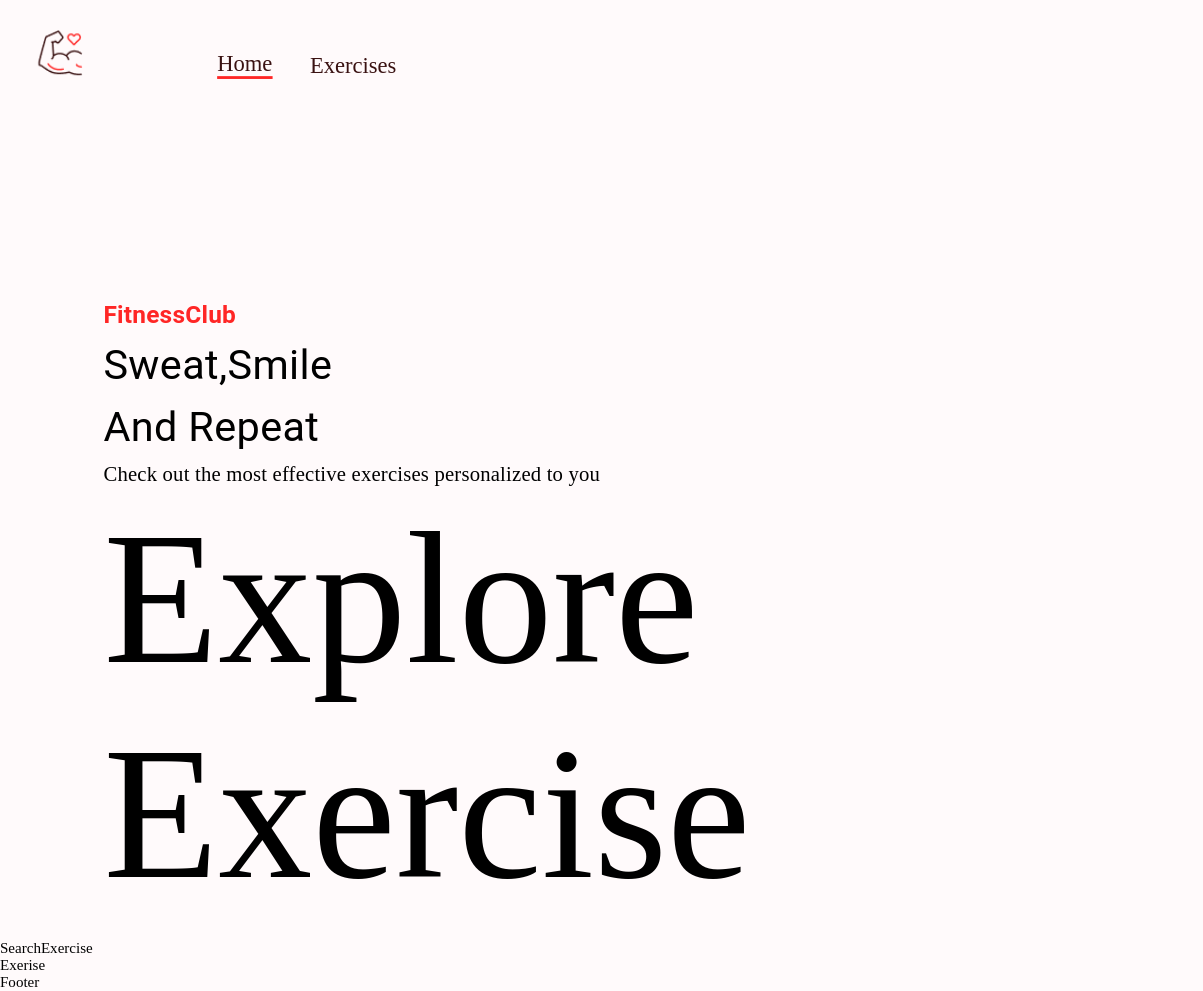
Repository: OmniaRafat232111121/Fitness
Page: /
The author's editor kept a copy of each file at every save. The page is drawn from the files as they stood at one save, then again after the next save.
The browser window is 1280 px wide. The pictures show the whole page, at 94% of full size.
The project was rebuilt for these pictures with package versions that can differ from the ones it lists, and the page was loaded fresh each time. Also part of the build but not shown: src/Pags/ExerciseDetail.js.

Above is the page before, as saved 2022-07-14 00:39:50.

### src/index.js
import React from 'react';
import ReactDOM from 'react-dom/client';
import {
  BrowserRouter,

} from 'react-router-dom';
import App from './App';


const root = ReactDOM.createRoot(document.getElementById('root'));
root.render(
  <BrowserRouter >
  <App />
  </BrowserRouter>


);

### src/App.js
import React from 'react'
import {Route,Routes} from"react-router-dom"
import {Box} from'@mui/material'
import './App.css'
import Navbar from './components/Navbar'
import Home from './Pags/Home'
import ExerciseDetail from './Pags/ExerciseDetail'
import Footer from './components/Footer'
const App = () => {
  return (
<Box width ="400px" sx={{width:{xl:'1488px'}}} m="auto">
<Navbar />
<Routes>
<Route path="/"  element={<Home/>}/>
<Route path="/exercise:id"  element={<ExerciseDetail />}/>
</Routes>
<Footer />
</Box>
  )
}

export default App

### src/components/Navbar.js
import React from 'react'
import {Link} from 'react-router-dom'
import {Stack} from '@mui/material'
import Logo from '../assets/images/Logo.png'
const Navbar = () => (

    <Stack direction="row" justifyContent="space-around" sx={{ gap: { sm: '123px', xs: '40px' }, mt: { sm: '32px', xs: '20px' }, justifyContent: 'none' }} px="20px">
    <Link to="/">
      <img src={Logo} alt="logo" style={{ width: '48px', height: '48px', margin: '0px 20px' }} />
    </Link>
    <Stack
      direction="row"
      gap="40px"
      fontFamily="Alegreya"
      fontSize="24px"
      alignItems="flex-end"
    >
      <Link to="/" style={{ textDecoration: 'none', color: '#3A1212', borderBottom: '3px solid #FF2625' }}>Home</Link>
      <a href="#exercises" style={{ textDecoration: 'none', color: '#3A1212' }}>Exercises</a>
    </Stack>
  </Stack>
  );


export default Navbar

### src/Pags/Home.js
import React from 'react'
import {Box} from '@mui/material'
import HeroBanner from '../components/HeroBanner'
import SearchExercise from '../components/SearchExercise'
import Exerise from '../components/Exerise'
const Home = () => {
  return (
  <Box>
  <HeroBanner />
   <SearchExercise />
   <Exerise />
  </Box>
  );
}

export default Home

### src/components/HeroBanner.js
import React from 'react'
import {Box,Stack,Typography} from '@mui/material'
const HeroBanner = () => {
  return (
   <Box sx={{
    mt:{lg:'212px',xs:'70px'},
    ml:{sm:'90px'}
   }} position="realtive"  p="20px">
   <Typography color="#FF2625" fontWeight="600" fontSize="26px">FitnessClub</Typography>
   <Typography fontweight={700} sx={{fontSize:{lg:'44px',xs:'40px'}}}> Sweat,Smile<br />
   And Repeat  </Typography>
 <Typography style={{fontSize:'22px' ,fontFamily:"Alegreya", lineHeight:"35px"}}>
   Check out the most effective exercises personalized to you
   </Typography>

   <Stack>
   <a style={{color:"FF2625", fontWeight:"600px",fontSize:'200px'}} sx={{opacity:'0.1',display:{lg:'block',xs:'none'}}}>Explore Exercise</a>
   </Stack>
   </Box>
  )
}

export default HeroBanner

### src/components/SearchExercise.js
import React from 'react'

const SearchExercise = () => {
  return (
    <div>SearchExercise</div>
  )
}

export default SearchExercise

### src/components/Exerise.js
import React from 'react'

const Exerise = () => {
  return (
    <div>Exerise</div>
  )
}

export default Exerise

Loaded but not shown: public/index.html (common file); src/App.css (common file); src/components/Footer.js (common file)

After the next save:
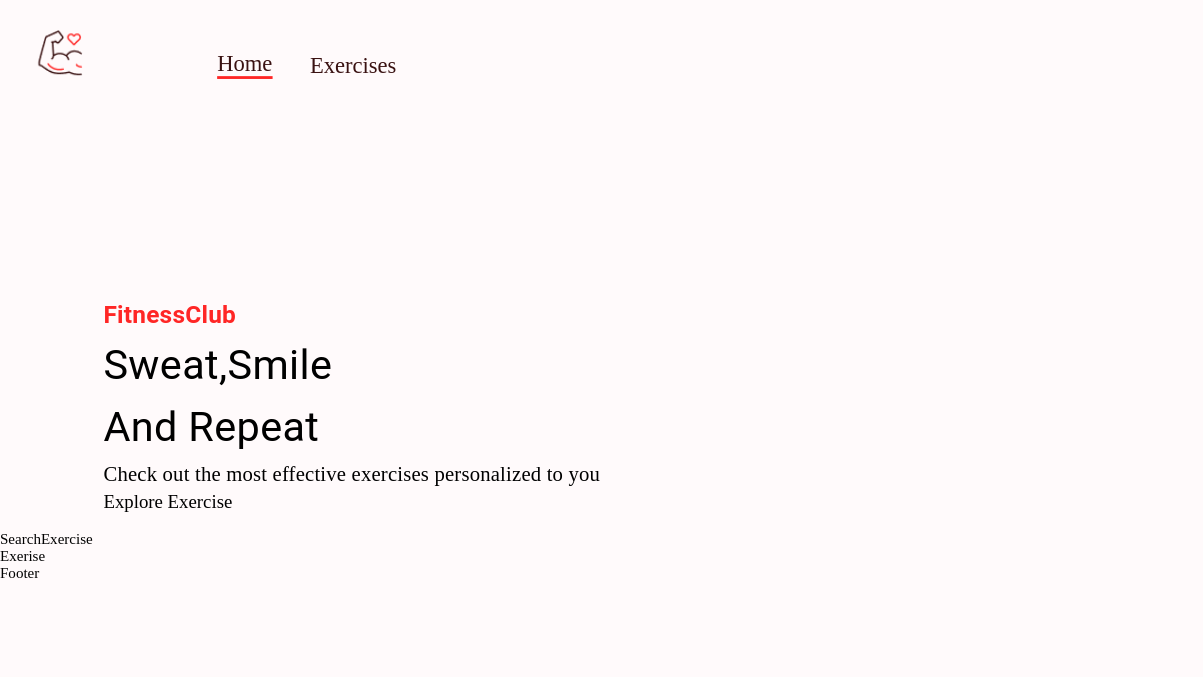
Saved 16 s later.
--- a/src/components/HeroBanner.js
+++ b/src/components/HeroBanner.js
@@ -14,7 +14,7 @@ const HeroBanner = () => {
    </Typography>
 
    <Stack>
-   <a style={{color:"FF2625", fontWeight:"600px",fontSize:'200px'}} sx={{opacity:'0.1',display:{lg:'block',xs:'none'}}}>Explore Exercise</a>
+   <a style={{color:"FF2625", fontWeight:"600px",fontSize:'20px'}} sx={{opacity:'0.1',display:{lg:'block',xs:'none'}}}>Explore Exercise</a>
    </Stack>
    </Box>
   )
